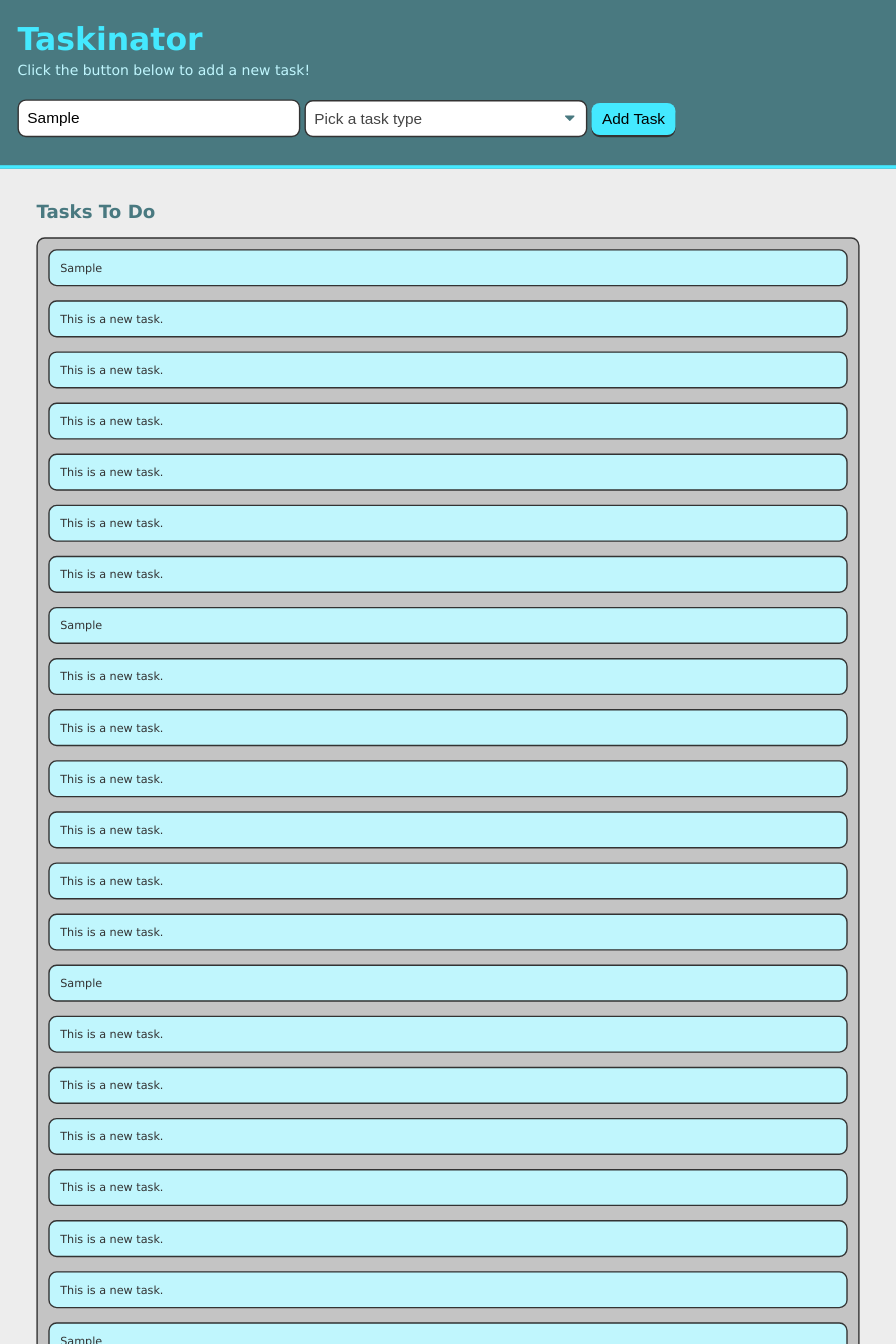
Repository: stuart-rickard/taskinator
Page: index.html
The author's editor kept a copy of each file at every save. The page is drawn from the files as they stood at one save, then again after the next save.
The browser window is 1280 px wide. The pictures show the part of the page from y = 0 to 1920 px (the page is 5098 px tall before and 5473 px after), at 70% of full size.
Empty fields were first filled with sample values (such as "Sample", 5 or name@example.com).
After loading, the first visible `#task-form` was submitted once.

Above is the page before, as saved 2021-11-17 01:00:13.

### index.html
<!DOCTYPE html>
<html lang="en">
<head>
    <meta charset="UTF-8">
    <meta http-equiv="X-UA-Compatible" content="IE=edge">
    <meta name="viewport" content="width=device-width, initial-scale=1.0">
    <title>Taskinator</title>
    <link rel="stylesheet" href="./assets/css/style.css">
</head>
<body>
    <header>
        <h1 class="page-title">Taskinator</h1>
        <p>Click the button below to add a new task!</p>
        <form id="task-form">
            <div class="form-group">
                <input type="text" name="task-name" placeholder="Enter Task Name" />
            </div>
            <div class="form-group">
                <select name="task-type" class="select-dropdown">
                  <option value="" disabled selected>Pick a task type</option>
                  <option value="Print">Print</option>
                  <option value="Web">Web</option>
                  <option value="Mobile">Mobile</option>
                </select>
            </div>
            <div class="form-group">
                <button class="btn" id="save-task" type="submit">Add Task</button>
            </div>
        </form>
    </header>
    <main class="page-content">
        <section class="task-list-wrapper">
          <h2 class="list-title">Tasks To Do</h2>
          <ul class="task-list" id="tasks-to-do">

          </ul>
        </section>
    </main>
    <footer>
        &copy;2020 by Taskinator
    </footer>

    <script src="./assets/js/script.js"></script>
</body>
</html>
<!DOCTYPE html>
<html lang="en">
<head>
    <meta charset="UTF-8">
    <meta http-equiv="X-UA-Compatible" content="IE=edge">
    <meta name="viewport" content="width=device-width, initial-scale=1.0">
    <title>Taskinator</title>
    <link rel="stylesheet" href="./assets/css/style.css">
</head>
<body>
    <header>
        <h1 class="page-title">Taskinator</h1>
        <p>Click the button below to add a new task!</p>
        <form id="task-form">
            <div class="form-group">
                <input type="text" name="task-name" placeholder="Enter Task Name" />
            </div>
            <div class="form-group">
                <select name="task-type">
                  <option value="" disabled selected>Pick a task type</option>
                  <option value="Print">Print</option>
                  <option value="Web">Web</option>
                  <option value="Mobile">Mobile</option>
                </select>
            </div>
            <div class="form-group">
                <button class="btn" id="save-task" type="submit">Add Task</button>
            </div>
        </form>
    </header>
    <main class="page-content">
        <section class="task-list-wrapper">
          <h2 class="list-title">Tasks To Do</h2>
          <ul class="task-list" id="tasks-to-do">

          </ul>
        </section>
    </main>
    <footer>
        &copy;2020 by Taskinator
    </footer>

    <script src="./assets/js/script.js"></script>
</body>
</html>
<!DOCTYPE html>
<html lang="en">
<head>
    <meta charset="UTF-8">
    <meta http-equiv="X-UA-Compatible" content="IE=edge">
    <meta name="viewport" content="width=device-width, initial-scale=1.0">
    <title>Taskinator</title>
    <link rel="stylesheet" href="./assets/css/style.css">
</head>
<body>
    <header>
        <h1 class="page-title">Taskinator</h1>
        <p>Click the button below to add a new task!</p>
        <form id="task-form">
            <div class="form-group">
                <input type="text" name="task-name" placeholder="Enter Task Name" />
            </div>
            <div class="form-group">
                <button class="btn" id="save-task" type="submit">Add Task</button>
            </div>
        </form>
    </header>
    <main class="page-content">
        <section class="task-list-wrapper">
          <h2 class="list-title">Tasks To Do</h2>
          <ul class="task-list" id="tasks-to-do">

          </ul>
        </section>
    </main>
    <footer>
        &copy;2020 by Taskinator
    </footer>

    <script src="./assets/js/script.js"></script>
</body>
</html>
<!DOCTYPE html>
<html lang="en">
<head>
    <meta charset="UTF-8">
    <meta http-equiv="X-UA-Compatible" content="IE=edge">
    <meta name="viewport" content="width=device-width, initial-scale=1.0">
    <title>Taskinator</title>
    <link rel="stylesheet" href="./assets/css/style.css">
</head>
<body>
    <header>
        <h1 class="page-title">Taskinator</h1>
        <p>Click the button below to add a new task!</p>
        <form id="task-form">
            <div class="form-group">
                <button class="btn" id="save-task" type="submit">Add Task</button>
            </div>
        </form>
    </header>
    <main class="page-content">
        <section class="task-list-wrapper">
          <h2 class="list-title">Tasks To Do</h2>
          <ul class="task-list" id="tasks-to-do">

          </ul>
        </section>
    </main>
    <footer>
        &copy;2020 by Taskinator
    </footer>

    <script src="./assets/js/script.js"></script>
</body>
</html>
<!DOCTYPE html>
<html lang="en">
<head>
    <meta charset="UTF-8">
    <meta http-equiv="X-UA-Compatible" content="IE=edge">
    <meta name="viewport" content="width=device-width, initial-scale=1.0">
    <title>Taskinator</title>
    <link rel="stylesheet" href="./assets/css/style.css">
</head>
<body>
    <header>
        <h1 class="page-title">Taskinator</h1>
        <p>Click the button below to add a new task!</p>
        <button class="btn" id="save-task" >Add Task</button>
    </header>
    <main class="page-content">
        <section class="task-list-wrapper">
          <h2 class="list-title">Tasks To Do</h2>
          <ul class="task-list" id="tasks-to-do">
            <li class="task-item">A task is going to be added soon!</li>
          </ul>
        </section>
    </main>
    <footer>
        &copy;2020 by Taskinator
    </footer>

    <script src="./assets/js/script.js"></script>
</body>
</html>

### assets/css/style.css
* {
  box-sizing: border-box;
}

:root {
  --primary: #44e9ff;
  --secondary: #497980;
  --tertiary: rgb(192, 246, 253);
  --grey: #333;
  font-size: 62.5%;
}

body {
  background: #ededed;
  color: var(--grey);
  margin: 0;
  padding: 0;
  display: flex;
  min-height: 100vh;
  flex-direction: column;
  font-family: Verdana, Geneva, Tahoma, sans-serif;
}

header {
  background: var(--secondary);
  padding: 30px 25px;
  border-bottom: 5px solid var(--primary);
}

header p {
  color: var(--tertiary);
  margin: 5px 0 20px;
  font-size: 2rem;
}

p,
li {
  font-size: 1.6rem;
}

form {
  display: flex;
  align-items: flex-end;
  flex-wrap: wrap;
}

form input {
  outline: none;
  border: none;
  padding: 12px;
  width: 100%;
  font-size: 2.2rem;
  border: 2px solid var(--grey);
  border-radius: 12px;
}

form .form-group {
  margin: 10px 6px 10px 0;
  flex: 1;
}

footer {
  width: 100%;
  background: var(--secondary);
  color: var(--tertiary);
  font-size: 2.4rem;
  padding: 20px;
  border-top: 5px solid var(--primary);
}

.page-title {
  color: var(--primary);
  margin-bottom: 5px;
  margin-top: 0;
  font-size: 4.5rem;
}

.page-content {
  flex: 1;
  display: flex;
  flex-wrap: wrap;
  justify-content: center;
  margin: 25px auto;
  width: 95%;
}

.task-list-wrapper {
  flex: 1;
  margin: 0 20px 20px;
}

.list-title {
  color: var(--secondary);
  font-size: 2.6rem;
}

.task-list {
  list-style: none;
  padding: 15px;
  height: calc(100% - 50px);
  background: rgb(196, 196, 196);
  border-radius: 12px;
  border: 2px solid var(--grey);
}

.task-item {
  color: var(--grey);
  padding: 15px 15px;
  border: 2px solid var(--grey);
  background: var(--tertiary);
  border-radius: 12px;
  margin-bottom: 20px;
}

.task-name {
  margin: 0;
  font-size: 1.8rem;
}

.task-type {
  color: var(--secondary);
  font-size: 1.55rem;
}
.task-actions {
  display: flex;
  flex-wrap: wrap;
  align-items: center;
  margin: 10px 0 5px 0;
  justify-content: space-between;
}

.task-actions button,
.task-actions select {
  flex: 1;
}

.btn {
  outline: none;
  border: none;
  display: inline-block;
  padding: 10px 15px;
  background: var(--primary);
  font-size: 2.2rem;
  border-radius: 12px;
  position: relative;
  top: -3px;
  box-shadow: 0 3px var(--grey);
}

.btn:hover {
  box-shadow: 0 2px var(--grey);
  top: -2px;
}
.btn:active {
  box-shadow: 0 0px var(--grey);
  top: 0;
}

.edit-btn,
.delete-btn {
  font-size: 1.4rem;
  padding: 5px 7px;
  margin: 3px;
  background: var(--secondary);
  color: #fff;
}

.select-dropdown,
.select-status {
  display: block;
  font-size: 2.2rem;
  color: #444;
  padding: 12px;
  width: 100%;
  max-width: 100%;
  margin: 0;
  border: 2px solid var(--grey);
  border-radius: 12px;
  -moz-appearance: none;
  -webkit-appearance: none;
  appearance: none;
  background-color: #fff;
  background-image: url("../images/select-arrow.svg");
  background-repeat: no-repeat, repeat;
  background-position: right 0.7em top 50%, 0 0;
  background-size: 0.65em auto, 100%;
}

.select-status {
  font-size: 1.4rem;
  padding: 4px 28px 4px 4px;
  width: auto;
}

.select-dropdown::-ms-expand,
.select-status::-ms-expand {
  display: none;
}

.select-dropdown:hover,
.select-status:hover {
  border-color: #888;
}

.select-dropdown:focus,
.select-status:focus {
  border-color: #aaa;
  box-shadow: 0 0 1px 3px rgba(59, 153, 252, 0.7);
  box-shadow: 0 0 0 3px -moz-mac-focusring;
  color: #222;
  outline: none;
}
.select-dropdown option,
.select-status option {
  font-weight: normal;
  font-size: 2rem;
}

@media screen and (max-width: 980px) {
  form .form-group {
    flex: 1 100%;
  }

  form .form-group button {
    width: 100%;
  }

  .task-list-wrapper {
    flex-basis: 100%;
  }

}

### assets/js/script.js
var formEl = document.querySelector("#task-form");
var tasksToDoEl = document.querySelector("#tasks-to-do");

var createTaskHandler = function() {

    event.preventDefault();
    var taskNameInput = document.querySelector("input[name='task-name']").value;

    var listItemEl = document.createElement("li");
    listItemEl.className = "task-item";
    listItemEl.textContent = taskNameInput;
    tasksToDoEl.appendChild(listItemEl);
  }

  formEl.addEventListener("submit", createTaskHandler);
var formEl = document.querySelector("#task-form");
var tasksToDoEl = document.querySelector("#tasks-to-do");

var createTaskHandler = function() {

    event.preventDefault();
    var taskNameInput = document.querySelector("input[name='task-name']");
    console.dir(taskNameInput);

    var listItemEl = document.createElement("li");
    listItemEl.className = "task-item";
    listItemEl.textContent = "This is a new task.";
    tasksToDoEl.appendChild(listItemEl);
  }

  formEl.addEventListener("submit", createTaskHandler);
var formEl = document.querySelector("#task-form");
var tasksToDoEl = document.querySelector("#tasks-to-do");

var createTaskHandler = function() {

    event.preventDefault();

    var listItemEl = document.createElement("li");
    listItemEl.className = "task-item";
    listItemEl.textContent = "This is a new task.";
    tasksToDoEl.appendChild(listItemEl);
  }

  formEl.addEventListener("submit", createTaskHandler);
var formEl = document.querySelector("#task-form");
var tasksToDoEl = document.querySelector("#tasks-to-do");

var createTaskHandler = function() {

    event.preventDefault();

    var listItemEl = document.createElement("li");
    listItemEl.className = "task-item";
    listItemEl.textContent = "This is a new task.";
    tasksToDoEl.appendChild(listItemEl);
    console.log(event);
  }

  formEl.addEventListener("submit", createTaskHandler);
var formEl = document.querySelector("#task-form");
var tasksToDoEl = document.querySelector("#tasks-to-do");

var createTaskHandler = function() {

    event.preventDefault();

    var listItemEl = document.createElement("li");
    listItemEl.className = "task-item";
    listItemEl.textContent = "This is a new task.";
    tasksToDoEl.appendChild(listItemEl);
    console.log();
  }

  formEl.addEventListener("submit", createTaskHandler);
var formEl = document.querySelector("#task-form");
var tasksToDoEl = document.querySelector("#tasks-to-do");

var createTaskHandler = function() {

    event.preventDefault();

    var listItemEl = document.createElement("li");
    listItemEl.className = "task-item";
    listItemEl.textContent = "This is a new task.";
    tasksToDoEl.appendChild(listItemEl);
  }

  formEl.addEventListener("submit", createTaskHandler);
var formEl = document.querySelector("#task-form");
var tasksToDoEl = document.querySelector("#tasks-to-do");

var createTaskHandler = function() {
    var listItemEl = document.createElement("li");
    listItemEl.className = "task-item";
    listItemEl.textContent = "This is a new task.";
    tasksToDoEl.appendChild(listItemEl);
  }

  formEl.addEventListener("submit", createTaskHandler);
var buttonEl = document.querySelector("#save-task");
var tasksToDoEl = document.querySelector("#tasks-to-do");

var createTaskHandler = function() {
    var listItemEl = document.createElement("li");
    listItemEl.className = "task-item";
    listItemEl.textContent = "This is a new task.";
    tasksToDoEl.appendChild(listItemEl);
  }

buttonEl.addEventListener("click", createTaskHandler);

After the next save:
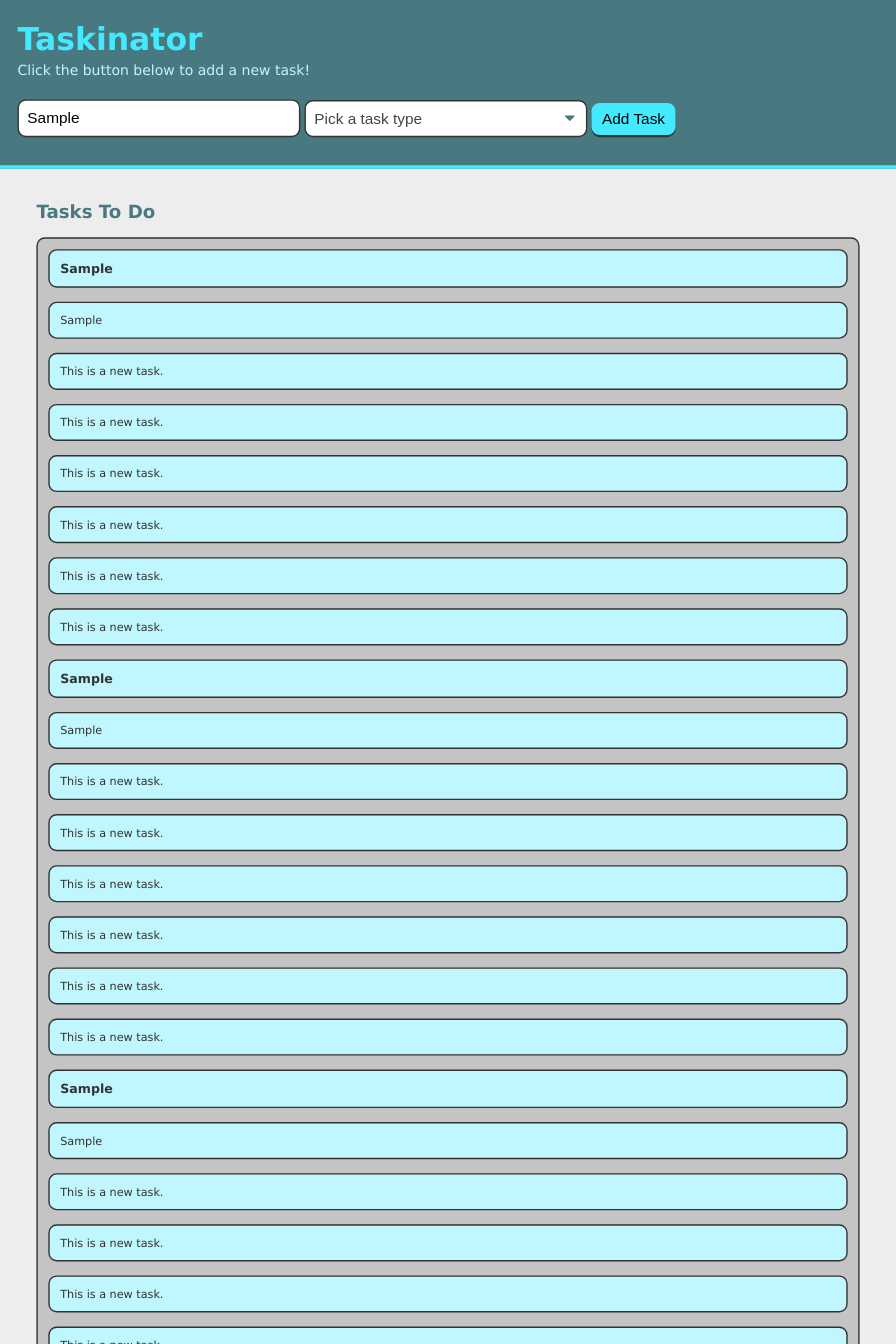
Saved 3 min 30 s later.
--- a/assets/js/script.js
+++ b/assets/js/script.js
@@ -1,3 +1,30 @@
+var formEl = document.querySelector("#task-form");
+var tasksToDoEl = document.querySelector("#tasks-to-do");
+
+var createTaskHandler = function() {
+
+    event.preventDefault();
+    var taskNameInput = document.querySelector("input[name='task-name']").value;
+    var taskTypeInput = document.querySelector("select[name='task-type']").value;
+
+    // create list item
+    var listItemEl = document.createElement("li");
+    listItemEl.className = "task-item";
+
+    // create div to hold task info and add to list item
+    var taskInfoEl = document.createElement("div");
+    // give it a class name
+    taskInfoEl.className = "task-info";
+    // add HTML content to div
+    taskInfoEl.innerHTML = "<h3 class='task-name'>" + taskNameInput + "</h3><span class='task-type'>" + taskTypeInput + "</span>";
+
+    listItemEl.appendChild(taskInfoEl);
+
+    // add entire list item to list
+    tasksToDoEl.appendChild(listItemEl);
+  }
+
+formEl.addEventListener("submit", createTaskHandler);
 var formEl = document.querySelector("#task-form");
 var tasksToDoEl = document.querySelector("#tasks-to-do");
 
